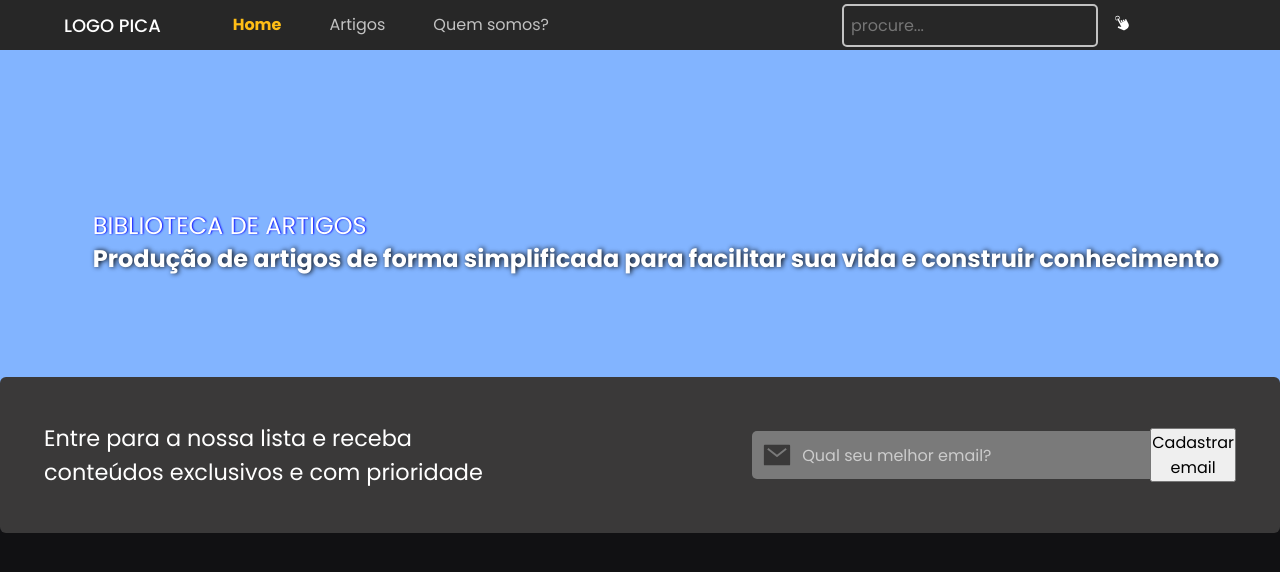
Repository: ArthurHendrich/Inepto
Page: /
An editor plug-in stored every save of this project. The page is shown before and after the next save, followed by the edit.
The browser window is 1280 px wide. The pictures show the whole page.
The project was rebuilt for these pictures with package versions that can differ from the ones it lists, and the page was loaded fresh each time. The framework's server and built-in components were replaced by stand-ins that run in the browser. Also part of the build but not shown: next.config.js.

Above is the page before, as saved 2022-07-06 20:45:18.

After the next save:
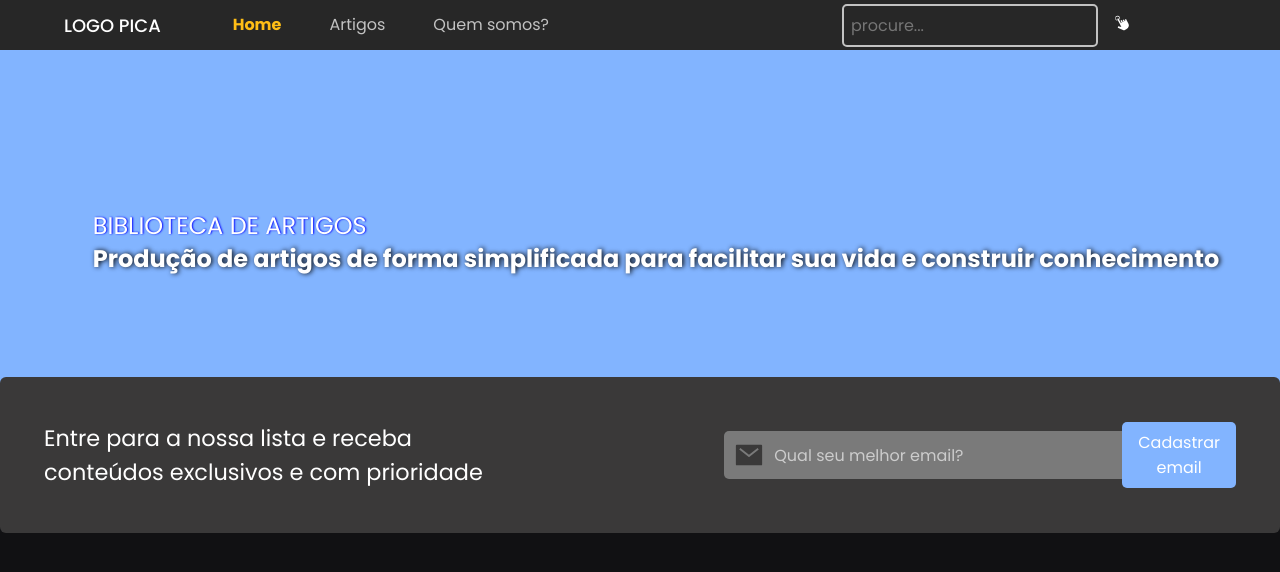
Saved 27 s later.
--- a/src/styles/home.module.scss
+++ b/src/styles/home.module.scss
@@ -75,6 +75,16 @@
         color: var(--gray-400);
       }
     }
+
+    button {
+      background: var(--blue-500);
+      border: none;
+      border-radius: 5px;
+      color: var(--white);
+      padding: 0.5rem 1rem;
+      cursor: pointer;
+      outline: none;
+    }
   }
 
 

After the save that followed:
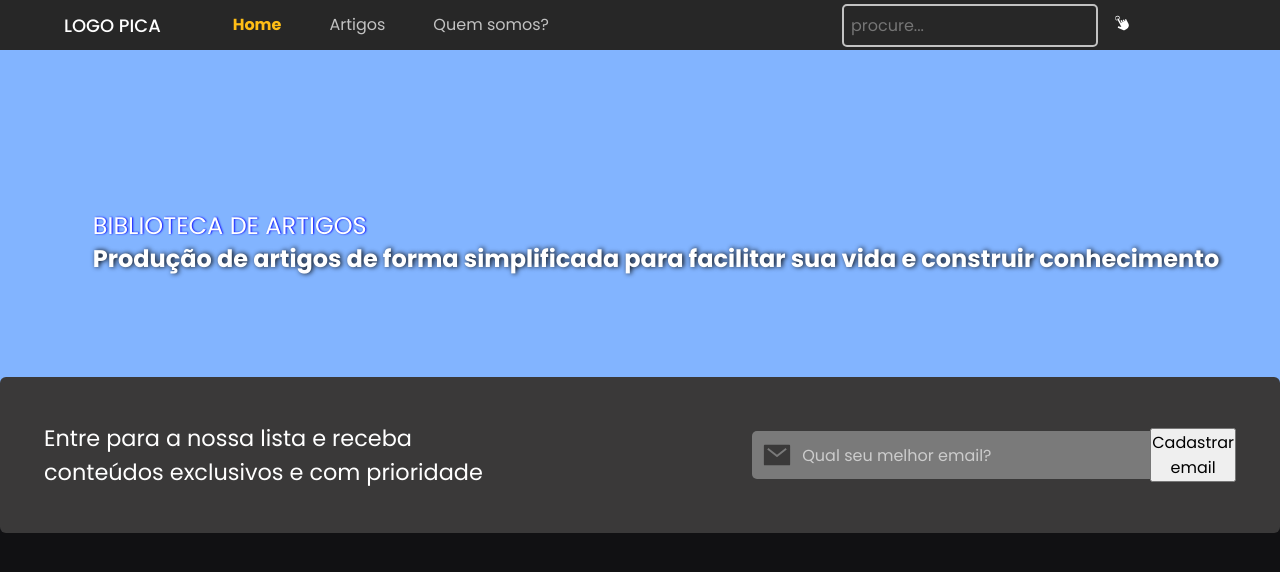
Saved 7 s later.
--- a/src/styles/home.module.scss
+++ b/src/styles/home.module.scss
@@ -77,13 +77,7 @@
     }
 
     button {
-      background: var(--blue-500);
-      border: none;
-      border-radius: 5px;
-      color: var(--white);
-      padding: 0.5rem 1rem;
-      cursor: pointer;
-      outline: none;
+      text-align: center;
     }
   }
 
